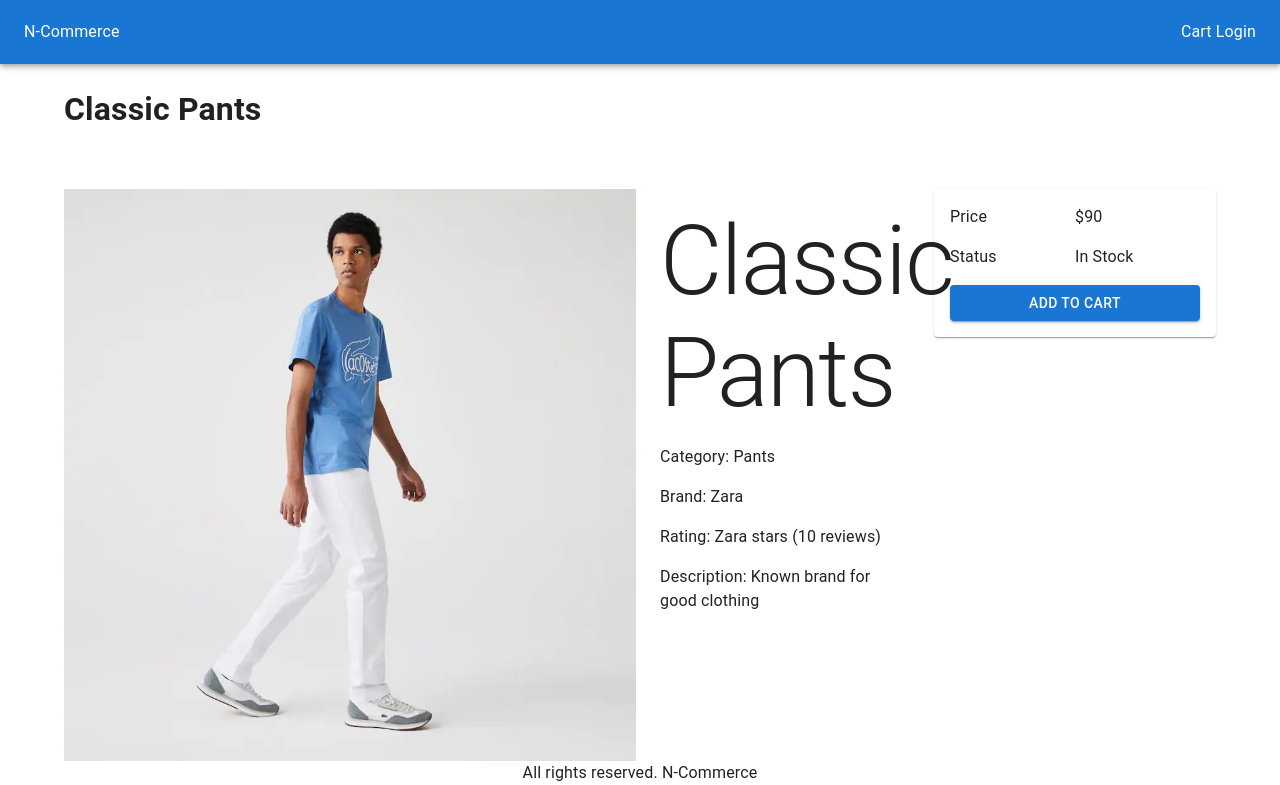
Repository: AK0493/Next-Commerce
Page: /product/classic-pants
These files come from the project's save history. The page is drawn as it stood at one moment and after the next save; the edit follows.
The browser window is 1280 px wide. The pictures show the whole page.
The project was rebuilt for these pictures with package versions that can differ from the ones it lists, and the page was loaded fresh each time. The framework's server and built-in components were replaced by stand-ins that run in the browser. Also part of the build but not shown: next.config.js.

Above is the page before, as saved 2022-02-07 16:07:01.

After the next save:
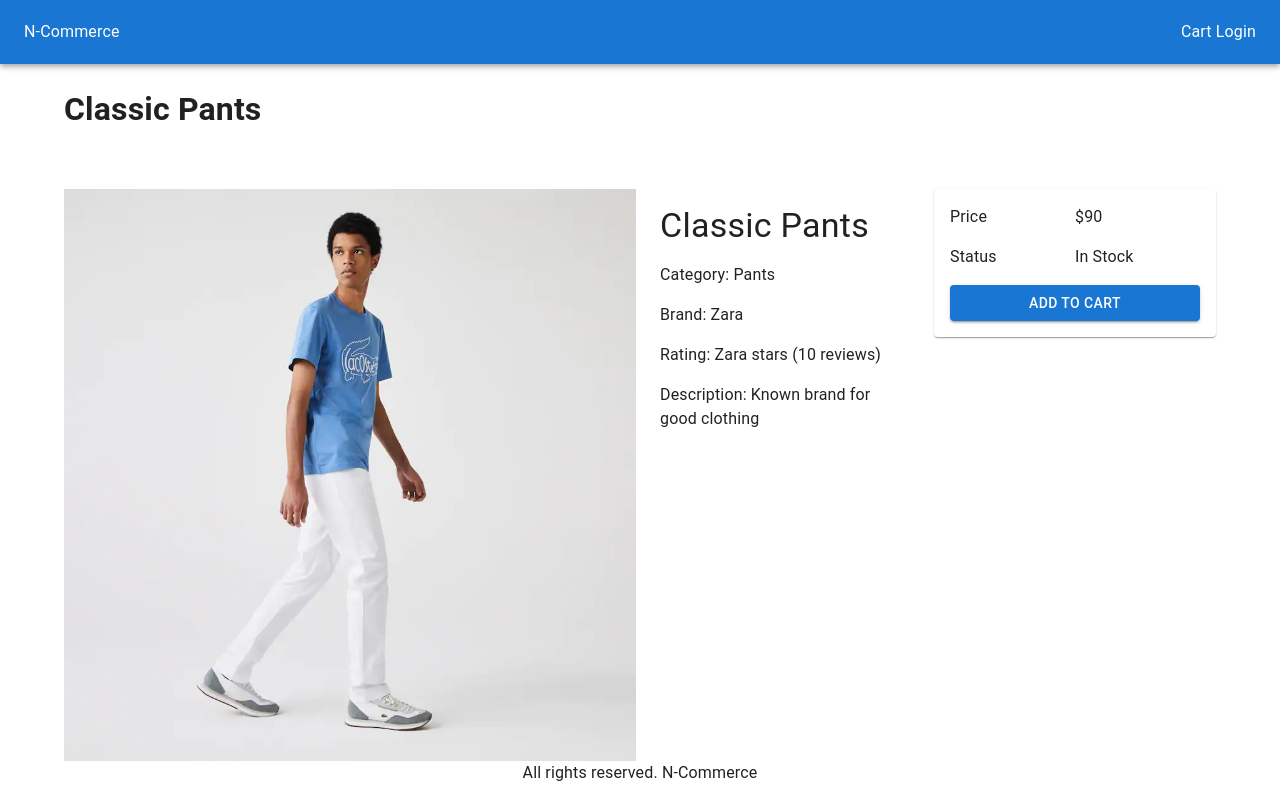
Saved 42 min 8 s later.
--- a/pages/product/[slug].js
+++ b/pages/product/[slug].js
@@ -47,7 +47,7 @@
         <Grid item md={3} xs={12}>
           <List>
             <ListItem>
-              <Typography component="h1" variant="h1">
+              <Typography component="h4" variant="h4">
                 {product.name}
               </Typography>
             </ListItem>
